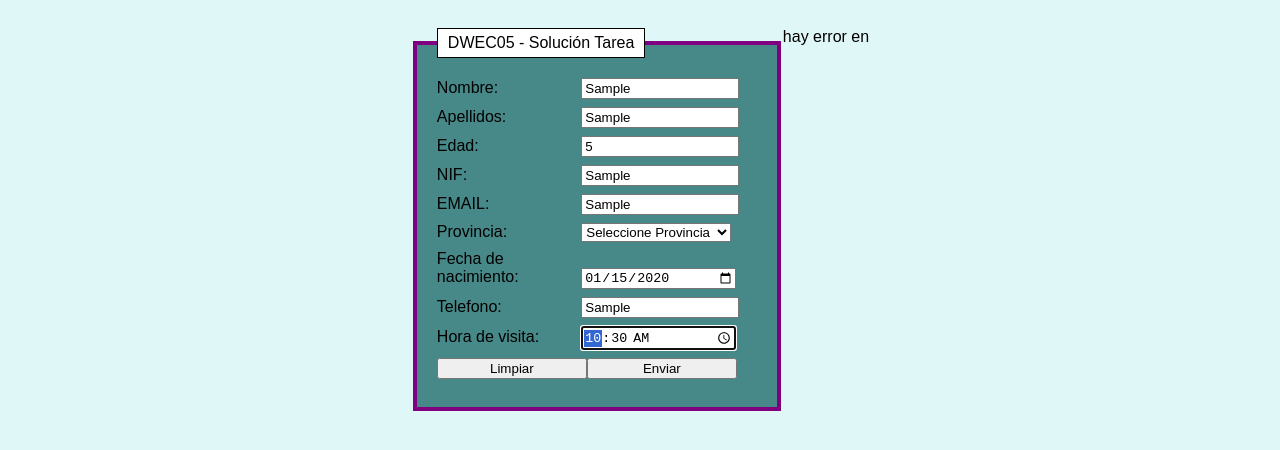
Repository: KoTvTrysaX01/2DAW-Desarrollo-WEB-en-Entorno-Cliente
Page: JAVASCRIPT/UD2/practica5/Actividad2/index.html
These files come from the project's save history. The page is drawn as it stood at one moment and after the next save; the edit follows.
The browser window is 1280 px wide. The pictures show the whole page.
Empty fields were first filled with sample values (such as "Sample", 5 or name@example.com).
After loading, the first visible `#tel` was changed once.

Above is the page before, as saved 2025-11-03 21:14:31.

After the next save:
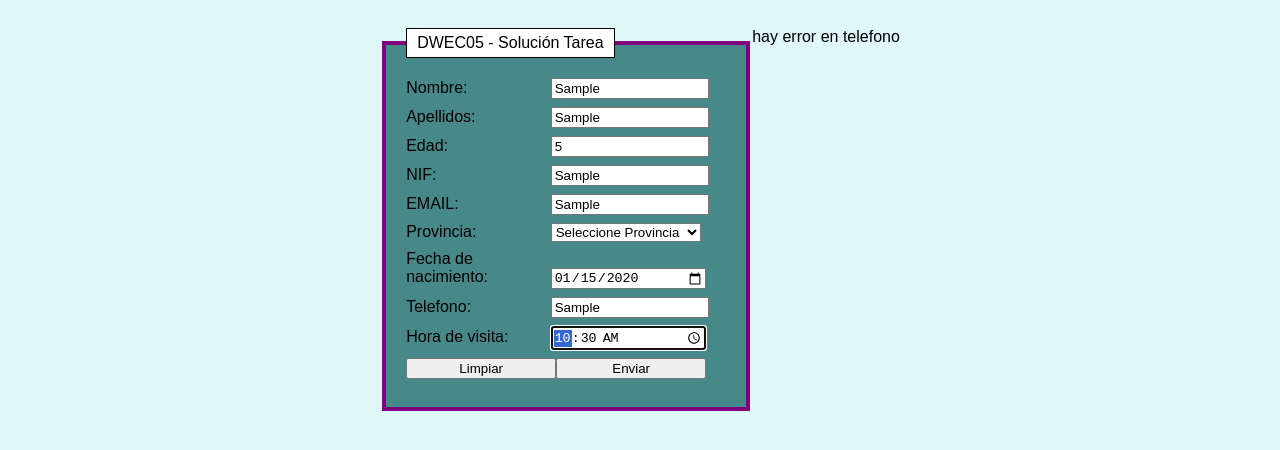
Saved 5 s later.
--- a/JAVASCRIPT/UD2/practica5/Actividad2/script.js
+++ b/JAVASCRIPT/UD2/practica5/Actividad2/script.js
@@ -137,7 +137,7 @@ window.onload = function (){
   function esValidoTel(){
     const telValor = tel.value.trim()
     if(!validTel(telValor)) {
-      error.innerHTML = " hay error en "
+      error.innerHTML = " hay error en telefono"
       hora.focus()
     } else {
       limpiar()
